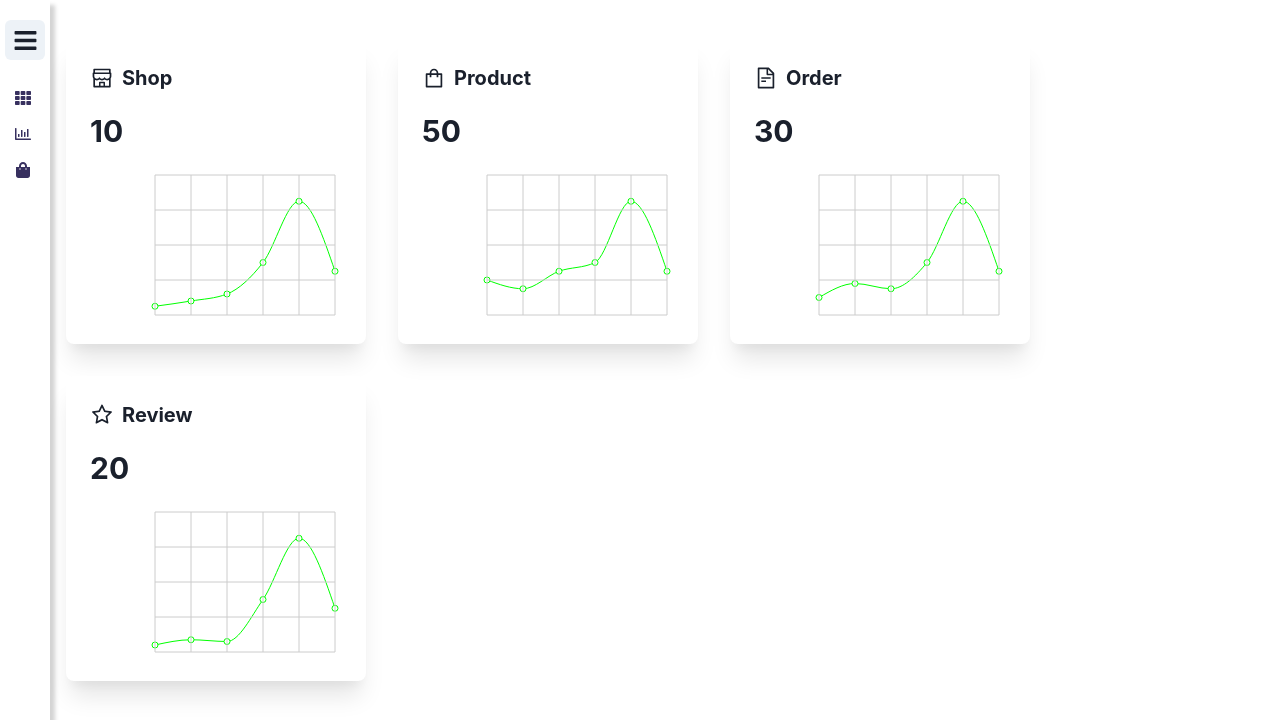
Repository: Andarg01/chakra-dashboard
Page: /analytics
These files come from the project's save history. The page is drawn as it stood at one moment and after the next save; the edit follows.
The browser window is 1280 px wide. The pictures show the whole page.
The project was rebuilt for these pictures with package versions that can differ from the ones it lists, and the page was loaded fresh each time. Also part of the build but not shown: src/components/ProductModal.tsx, src/components/ProductTable.tsx, src/pages/ProductList.tsx, src/components/Dashboard.tsx.

Above is the page before, as saved 2024-03-12 02:48:31.

After the next save:
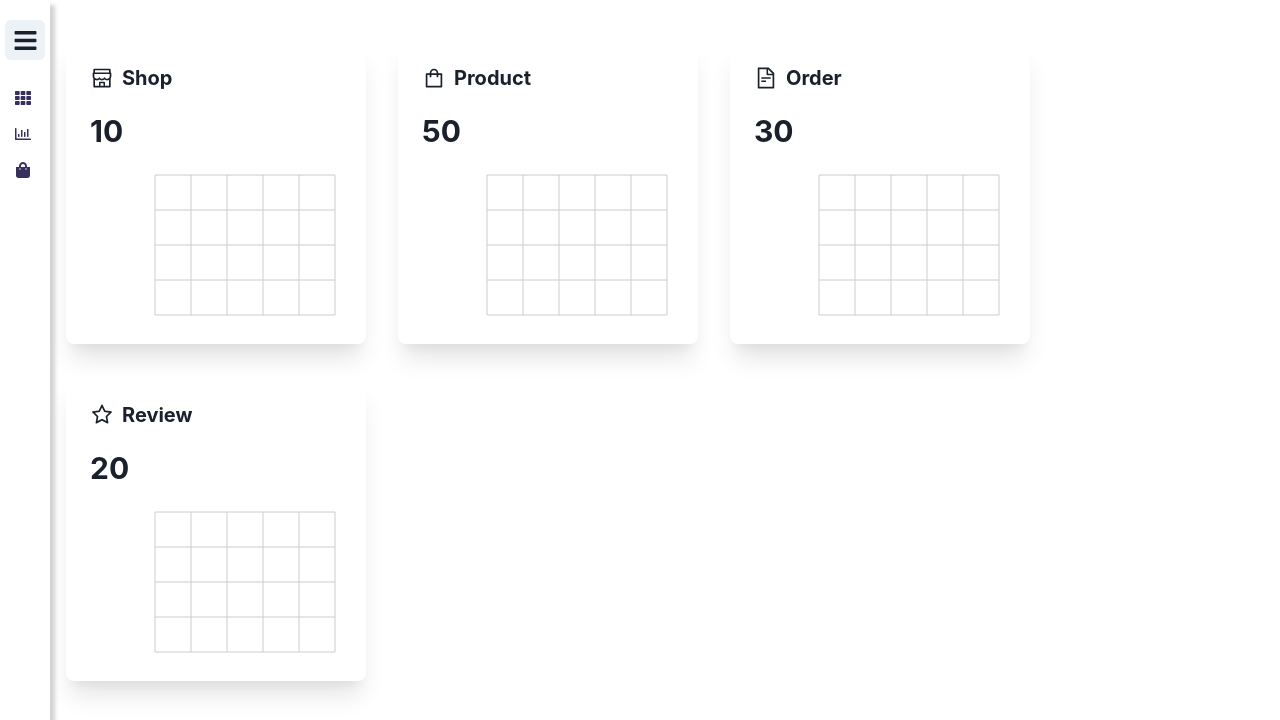
Saved 5 min 26 s later.
--- a/src/pages/Analytics.tsx
+++ b/src/pages/Analytics.tsx
@@ -1,3 +1,4 @@
+
 // FullAnalyticsPage.tsx
 import React from 'react';
 import { Box, Text, Flex, useColorModeValue } from '@chakra-ui/react';
@@ -47,7 +48,7 @@
           <Line
             type="monotone"
             dataKey="value"
-            stroke="#00ff00" // Set stroke to green
+            stroke="#ffffff" // Set stroke to white
             isAnimationActive={false} // Disable animation to hide the rectangle background
           />
           <CartesianGrid stroke="#ccc" />
@@ -88,7 +89,6 @@
     { name: 'apr', value: 30 },
     { name: 'jun', value: 65 },
     { name: 'jula', value: 25 },
-
     // Add more data points as needed
   ];
 

After the save that followed:
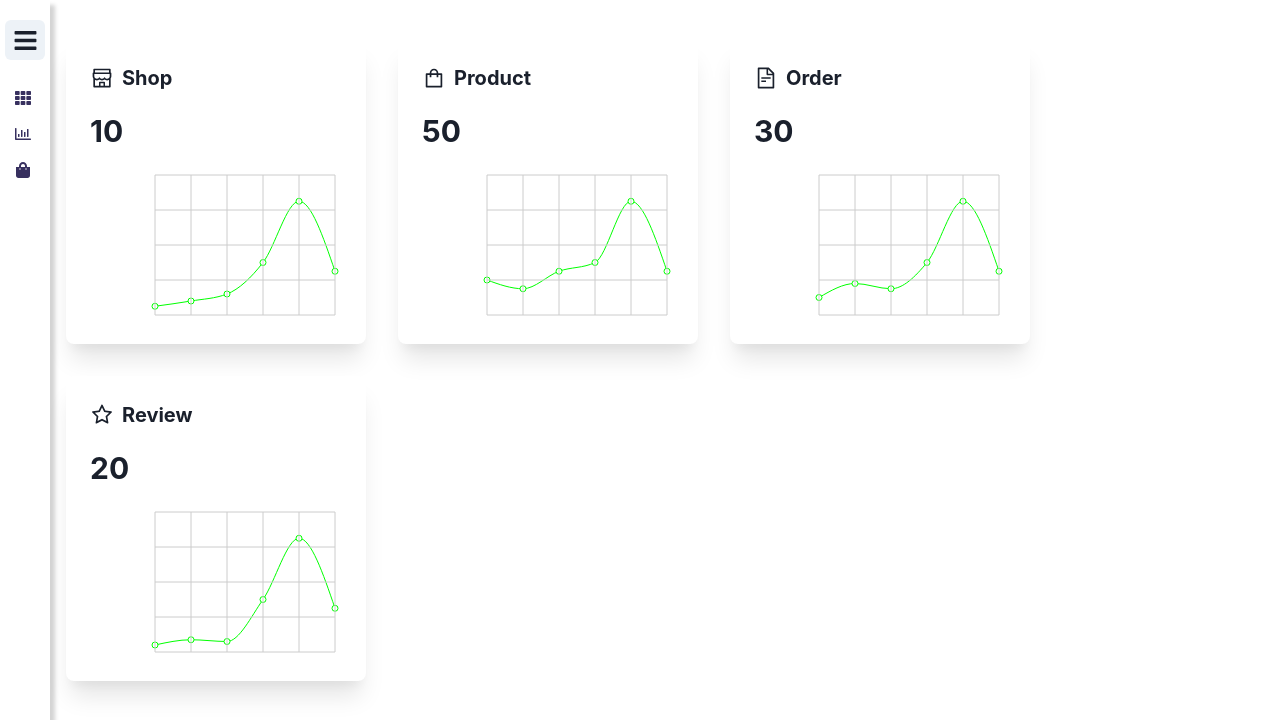
Saved 14 s later.
--- a/src/pages/Analytics.tsx
+++ b/src/pages/Analytics.tsx
@@ -1,4 +1,3 @@
-
 // FullAnalyticsPage.tsx
 import React from 'react';
 import { Box, Text, Flex, useColorModeValue } from '@chakra-ui/react';
@@ -48,7 +47,7 @@
           <Line
             type="monotone"
             dataKey="value"
-            stroke="#ffffff" // Set stroke to white
+            stroke="#00ff00" // Set stroke to green
             isAnimationActive={false} // Disable animation to hide the rectangle background
           />
           <CartesianGrid stroke="#ccc" />
@@ -89,6 +88,7 @@
     { name: 'apr', value: 30 },
     { name: 'jun', value: 65 },
     { name: 'jula', value: 25 },
+
     // Add more data points as needed
   ];
 
